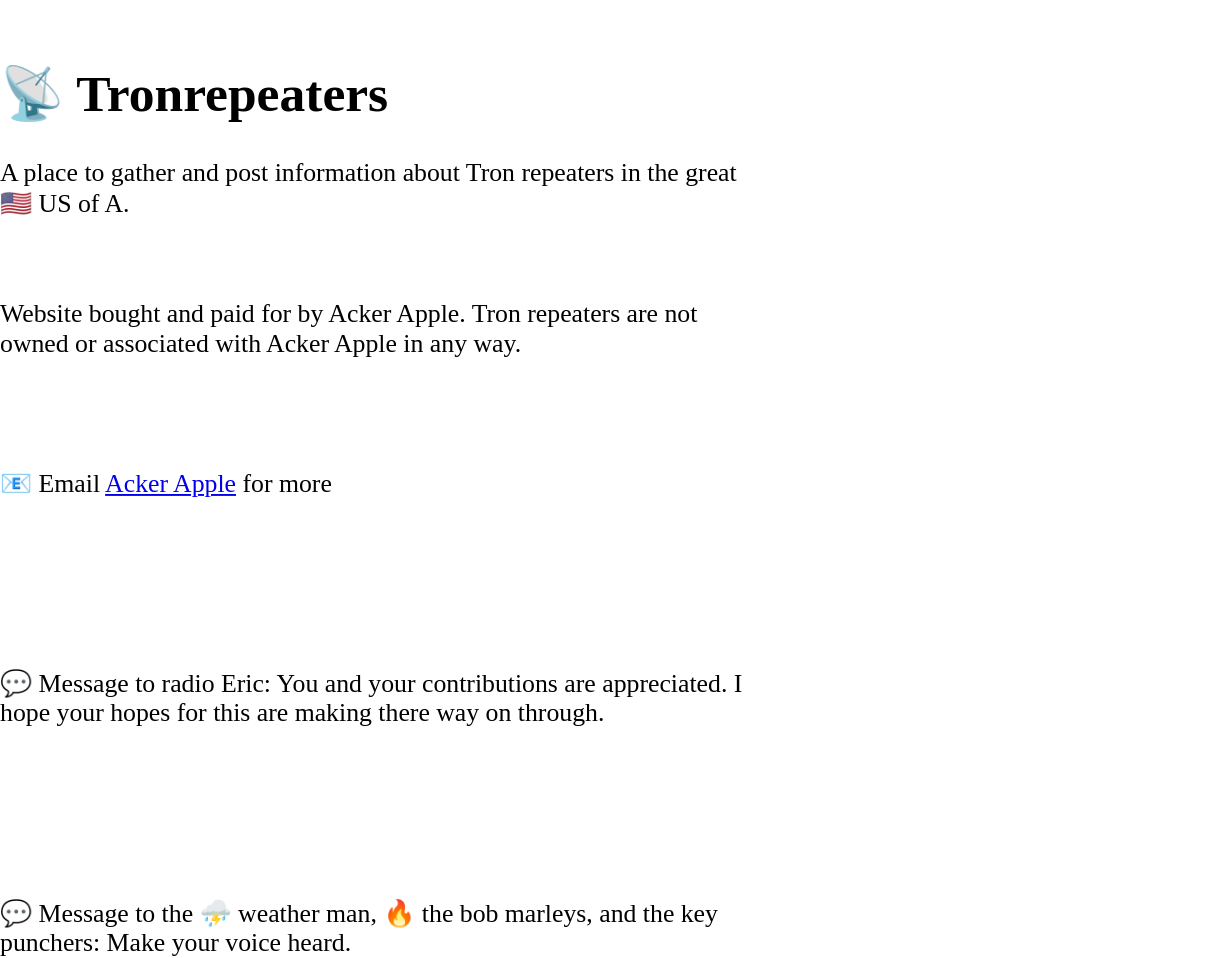
Repository: AckerApple/tronrepeaters
Page: index.html
The author's editor kept a copy of each file at every save. The page is drawn from the files as they stood at one save, then again after a run of saves.
The browser window is 1280 px wide. The pictures show the whole page, at 95% of full size.

Above is the page before, as saved 2025-01-15 13:52:17.

### index.html
<!DOCTYPE html>
<html lang="en">
<head>
  <title>App</title>
  <meta charset="UTF-8" />
  <meta name="viewport" content="viewport-fit=cover, width=device-width, initial-scale=1, maximum-scale=1, minimum-scale=1, user-scalable=0" />
  <meta name="apple-mobile-web-app-title" content="App" />
  <meta name="apple-mobile-web-app-capable" content="yes" />
  <meta name="apple-mobile-web-app-status-bar-style" content="black" />
  <!-- emoji as favicon -->
  <link rel="icon" href="data:[embedded picture, 141 characters]" />
  <style>
    * {box-sizing:border-box;}
    html, body{width:100%;height:100%;padding:0;margin:0;}
    html {scroll-behavior:smooth;font-size:calc(22px + .4vw);}
    input[type="checkbox"], input[type="radio"] {width:1em;height:1em;}
    select, textarea, button, input {padding:.5vw;border-radius:.5vw;font-size:.9em;}
    a, summary {cursor: pointer}
  </style>
</head>
<body>
  <noscript style="color:red">Javascript is required but is turned off on your device</noscript>
  <div style="max-width: 800px;">
    <h1> 📡 Tronrepeaters</h1>
    <p>
      A place to gather and post information about Tron repeaters in the great 🇺🇸 US of A.
    </p>
    <br />
    <p>Website bought and paid for by Acker Apple. Tron repeaters are not owned or associated with Acker Apple in any way.</p>
    <br /><br />
    <p>📧 Email <a href="mailto:me@ackerapple.com?subject=TronRepeaters">Acker Apple</a> for more</p>
    <br /><br /><br /><br />
    <p>💬 Message to radio Eric: You and your contributions are appreciated. I hope your hopes for this are making there way on through.</p>
    <br /><br /><br /><br />
    <p>💬 Message to the ⛈️ weather man, 🔥 the bob marleys, and the key punchers: Make your voice heard.</p>
  </div>
</body>
</html>

After the next 2 saves:
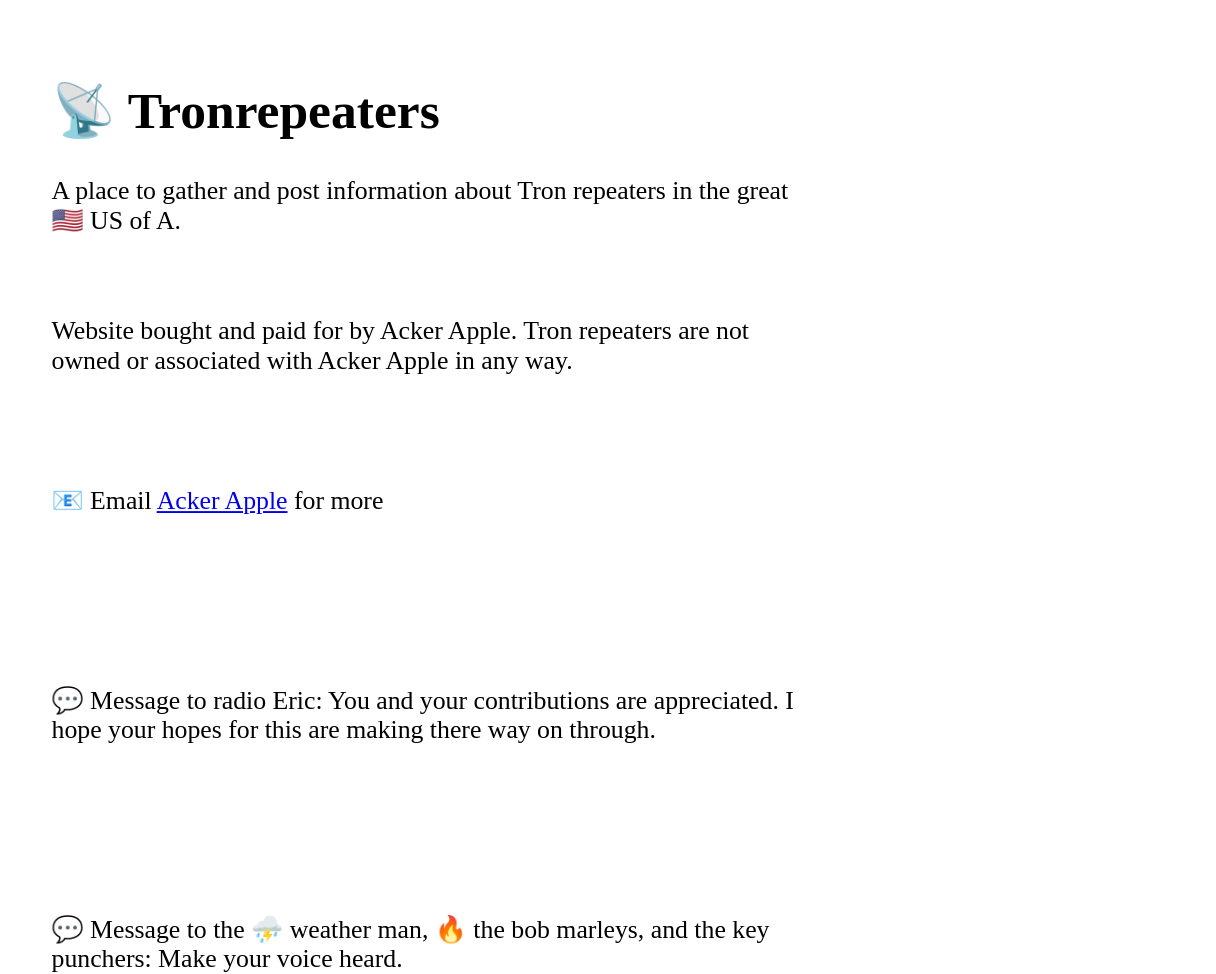
The 2 saves are shown as one change because they came seconds apart.
The last was saved 12 s later.
--- a/index.html
+++ b/index.html
@@ -20,7 +20,7 @@
 </head>
 <body>
   <noscript style="color:red">Javascript is required but is turned off on your device</noscript>
-  <div style="max-width: 800px;">
+  <div style="max-width: 800px;margin:2em;">
     <h1> 📡 Tronrepeaters</h1>
     <p>
       A place to gather and post information about Tron repeaters in the great 🇺🇸 US of A.
